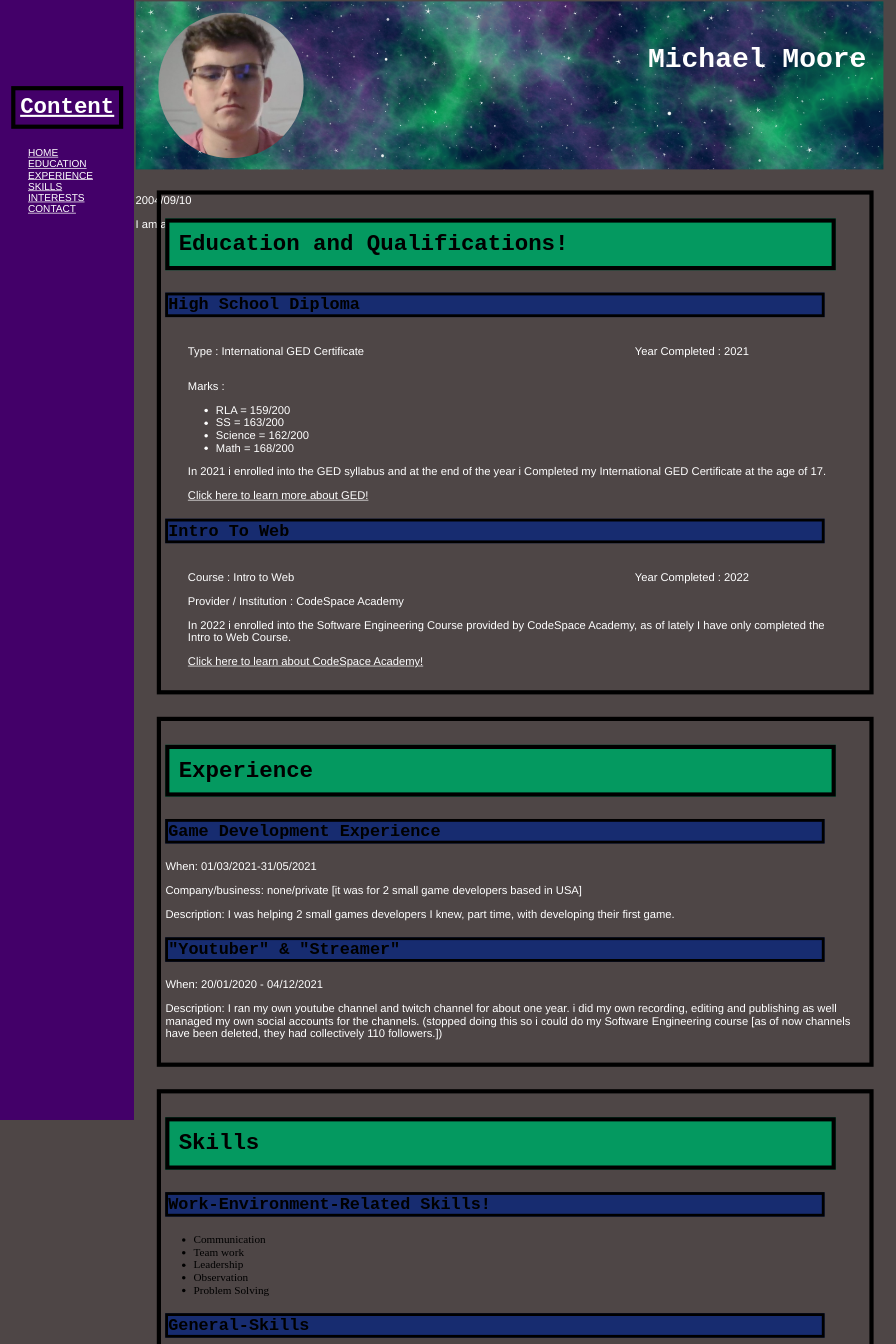
Repository: MikeMoore55/MichaelMooreResumeProject
Page: Resume.html
These files come from the project's save history. The page is drawn as it stood at one moment and after the next save; the edit follows.
The browser window is 1280 px wide. The pictures show the part of the page from y = 0 to 1920 px (the page is 2882 px tall before and 2962 px after), at 70% of full size.

Above is the page before, as saved 2022-02-14 10:19:32.

After the next save:
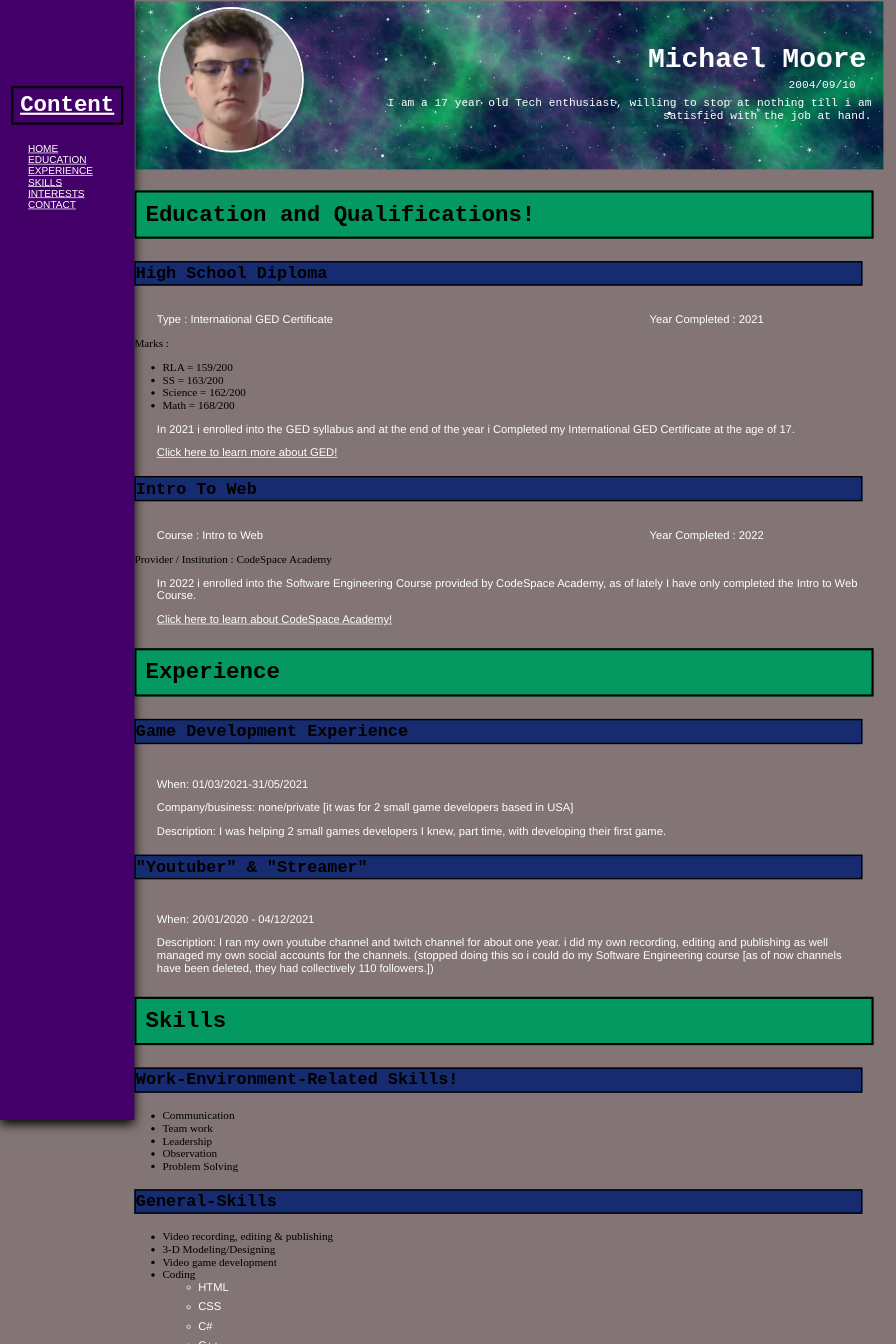
Saved 23 h 32 min later.
--- a/css/stylesheet.css
+++ b/css/stylesheet.css
@@ -1,8 +1,14 @@
+/* [to michael] in lesson from Mr Schalk always do this */
+
 *{box-sizing: border-box;}
 
+
 body{
-    background-color: rgb(78, 70, 70);
-}
+    background-color: rgb(131, 117, 117);
+}
+
+
+/* background image for header was found on "pixabay.com" */
 
 header{
     background-image: url(../images/stars-1014109.jpg);
@@ -17,10 +23,15 @@ header{
     margin: .1em .1em .1em .1em;
 }
 
+header:hover{
+    box-shadow: 0 5px 15px rgb(0, 0, 0);
+}
+
 #profilePic{
     border-radius: 50%;
     width: 13em;
-    margin: 1em 2em 2em 2em;
+    margin: .5em 2em 2em 2em;
+    border: solid white .2em;
 }
 
 #name {
@@ -35,22 +46,38 @@ header{
     padding: .5em .2em .5em .2em;
 }
 
-#personalDiscrition{
-    position: absolute;
-    left: 17em;
-    top: 9.5em;
+#DateOfBirth{
+    position: absolute;
+    left: 58em;
+    top: 6.3em;
     color: white;
     font-family: 'Courier New', Courier, monospace;
     font-size: 1em;
     text-align: right;
     margin: .1em .9em .1em .1em;
     padding: .5em .2em .5em .2em;
-}
-
-
-/*the nav-container to shape and size*/
+
+}
+
+#personalDescription{
+    position: absolute;
+    left: 17em;
+    top: 8em;
+    color: white;
+    font-family: 'Courier New', Courier, monospace;
+    font-size: 1em;
+    text-align: right;
+    margin: .1em .9em .1em .1em;
+    padding: .5em .2em .5em .2em;
+}
+
+/* everything in nav */
+
+/*the nav-container is to shape and size the navigation menu*/
+
 #nav-container{
     background-color: rgb(67, 0, 105);
+    box-shadow: 0 5px 15px rgb(0, 0, 0);
     position: fixed;
     z-index: 0;
     left: 0;
@@ -63,7 +90,7 @@ header{
 
 }
 
-/* heading in nav */
+/* h2=nav haeding */
 h2{
     position: relative;
     top:3em;
@@ -74,12 +101,10 @@ h2{
     margin-bottom: 2em;
     margin-left: .5em;
     margin-right: .5em;
-    border: solid 0.2em black;
+    border: solid 0.1em black;
     padding: .2em .2em .2em .2em;
     text-decoration-line: underline;
 }
-
-
 
 #nav-list{
     position: relative;
@@ -92,17 +117,22 @@ h2{
 
 }
 
-#navList-style {
-    margin-bottom: 1.3em;
+
+/* i seperated the nav-list from nav structure, for the nav-list provides the style and navList-structure, structures the list */
+
+.navList-structure {
+    margin-bottom: 1.9em;
     margin-right: 3em;
     margin-left: .1em;
     text-align: left;
 
 }
 
+
+/* how the link should look when not hovered or active */
+
 .nav-link{
     color: rgb(255, 255, 255);
-
 }
 
 .nav-link:hover{
@@ -115,6 +145,10 @@ h2{
     margin-left: -0.5em;
 }
 
+/* for the position of the section */
+
+/* everything in section/main */
+
 section{
     position: absolute;
     top: 15em;
@@ -122,25 +156,37 @@ section{
     bottom: 15em;
 }
 
-.content-box{
+.content-container{
     margin: 2em 2em 2em 2em;
-    border: solid .4em black;
+    border: solid .2em black;
     padding: .1em 1em 1em .4em;
 }
+
+
+/* when you hover over my content, there will now be a shadow */
+.content-container:hover{
+    box-shadow: 0 7px 17px rgb(0, 0, 0);
+}
+
+/* h3=content heading */
 
 h3{
     background-color: rgb(4, 153, 96);
     margin: 1em 1em 1em 0;
     padding:.4em .4em .4em .4em;
-    border: solid .2em black;
+    border: solid .1em black;
     font-size: 2em;
     font-family: 'Courier New', Courier, monospace;
 }
+
+
+/* h4= content sub heading */
 
 h4{
     background-color: rgb(23, 44, 112);
     margin: 1em 2em 1em 0;
-    border: solid .2em black;
+    padding: .1em 0em .1em 0em;
+    border: solid .1em black;
     font-family: 'Courier New', Courier, monospace;
     font-size: 1.5em;
 
@@ -154,7 +200,8 @@ h4{
 }
 
 #GedLink:hover{
-    background-color: rgb(171, 38, 175);
+    background-color: rgb(4, 153, 96);
+    box-shadow: 0 5px 15px rgb(0, 0, 0);
     color: rgb(245, 245, 245);
     font-size: 1.2em;
     font-family: 'Franklin Gothic Medium', 'Arial Narrow', Arial, sans-serif;
@@ -171,7 +218,8 @@ h4{
 }
 
 #CodeSpaceLink:hover{
-    background-color: rgb(171, 38, 175);
+    background-color: rgb(4, 153, 96);
+    box-shadow: 0 5px 15px rgb(0, 0, 0);
     color: rgb(245, 245, 245);
     font-size: 1.2em;
     font-family: 'Franklin Gothic Medium', 'Arial Narrow', Arial, sans-serif;
@@ -199,15 +247,21 @@ h4{
     padding: 1em, 2em, 1em, 2em;
     margin: 1em 2em 1em 2em;
 }
+
+
 /* this second box is used for the list under "highschool diploma" and "intro to web" under the education part to keep them in line */
-.Second-box{
+
+.Second-container{
      padding: 1em, 2em, 1em, 2em;
      margin: 1em 2em 1em 2em;
      font-size: 1em;
      font-family: 'Franklin Gothic Medium', 'Arial Narrow', Arial, sans-serif;
      color: white;
 }
+
+
 /* this education description container is used for the list under "highschool diploma" and "intro to web" under the education part because they both contain the same type of info to keep them in line  */
+
 .EducationDescription-container{
     padding: 1em, 2em, 1em, 2em;
     margin: 1em 2em 1em 2em;
@@ -224,7 +278,7 @@ h4{
     font-size: 1em;
     justify-content: space-between;
 
- }
+}
 
 #CourseYear-container{
     flex: 1;
@@ -238,13 +292,15 @@ h4{
     margin: 1em 2em 0em 2em;
 }
 
-p {
-    color: white;
-    font-family: 'Franklin Gothic Medium', 'Arial Narrow', Arial, sans-serif;
-    font-size: 1em;
-}
-
-#skills-List{
+.experience-container{
+    color: white;
+    font-family: 'Franklin Gothic Medium', 'Arial Narrow', Arial, sans-serif;
+    font-size: 1em;
+    padding: .5em 2em 0em 1em;
+    margin: .5em 2em 0em 1em;
+}
+
+.skillsAndinterest-List{
     list-style: none;
     color: white;
     font-family: 'Franklin Gothic Medium', 'Arial Narrow', Arial, sans-serif;
@@ -252,13 +308,18 @@ p {
     margin-bottom: .4em;
 }
 
-#intrest-List {
-    list-style: none;
+.coding-list{
+
     color: white;
     font-family: 'Franklin Gothic Medium', 'Arial Narrow', Arial, sans-serif;
     font-size: 1em;
     margin-bottom: .6em;
-}
+    margin-left: .7em;
+}
+
+/* background image for footer was found on "pixabay.com" */
+
+/* everything in the footer */
 
 footer{
     background-image: url(../images/stars-1014109.jpg);
@@ -268,13 +329,17 @@ footer{
     left: 12em;
     bottom: 0;
     right: 0;
-    top: 165em;
+    top: 170em;
     width: 66.8em;
     height: 15em;
     padding: .1em .1em 1em .1em;
     margin: .1em .1em .1em .1em;
 }
 
+footer:hover{
+    box-shadow: 0 7px 17px rgb(0, 0, 0);
+}
+
 #footerHeadings-container{
     display: flex;
     flex-flow: row wrap;
@@ -317,6 +382,7 @@ footer{
     border-radius: 50%;
     width: 5em;
     margin: 2em 2em 2em 2em;
+    background-color: transparent;
 }
 
 #linkImg-phone{
@@ -324,7 +390,9 @@ footer{
     border-radius: 50%;
     width: 5em;
     margin: 2em 2em 2em 2em;
-}
+    background-color: transparent;
+}
+
 
 #socialDetails-container{
     flex: 2;
@@ -338,6 +406,7 @@ footer{
     border-radius: 50%;
     width: 5em;
     margin: 2em 2em 2em 2em;
+    background-color: transparent;
 }
 
 #linkImg-linkdin{
@@ -345,4 +414,5 @@ footer{
     border-radius: 50%;
     width: 5em;
     margin: 2em 2em 2em 2em;
-}
+    background-color: transparent;
+}
